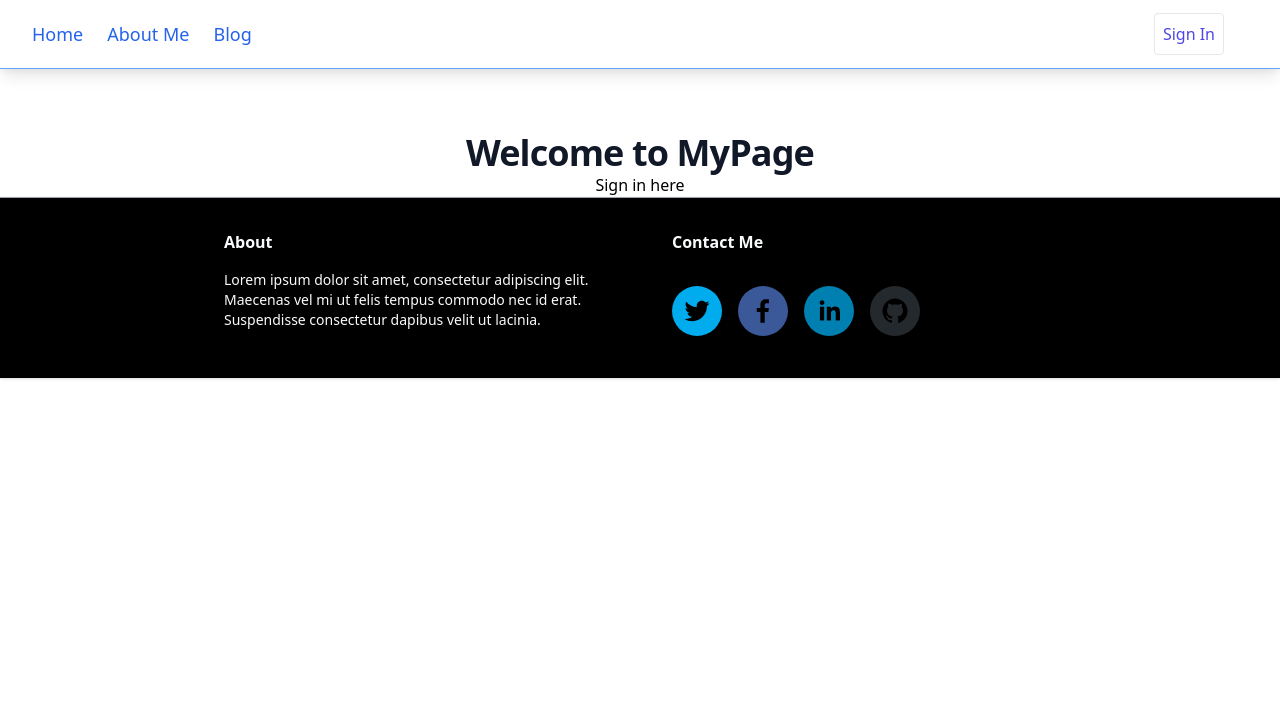
Repository: rushilramesh/portfolio-page
Page: /
An editor plug-in stored every save of this project. The page is shown before and after the next save, followed by the edit.
The browser window is 1280 px wide. The pictures show the whole page.
The project was rebuilt for these pictures with package versions that can differ from the ones it lists, and the page was loaded fresh each time. The framework's server and built-in components were replaced by stand-ins that run in the browser. Also part of the build but not shown: next.config.js.

Above is the page before, as saved 2021-05-21 02:45:07.

### pages/_app.tsx
import '../styles/globals.css'


function MyApp({ Component, pageProps }) {
  let loggedIn: boolean = false;

  return (

    <Component {...pageProps} />

  )

}

export default MyApp

### pages/index.tsx
import Head from 'next/head'
import Image from 'next/image'
import Link from 'next/link'
import Layout from '../components/Layout'
import utilStyles from '../styles/utils.module.css'

export default function Home() {
  return (
    <Layout>
      <Head>
        <title>Personal Portfolio</title>
      </Head>
      <div className="container mx-auto mt-16 text-center bg-white border-gray-100" >

        <h1 className="text-4xl tracking-tight font-extrabold text-gray-900">Welcome to MyPage</h1>
        <Link href='/login'>
          <a className="mt-4">Sign in here</a>
        </Link>
      </div>
    </Layout>

  )
}

### components/Layout.tsx
import Nav from './Nav'
import Footer from './Footer'
import utilStyles from '../styles/utils.module.css'
import Link from 'next/link'
import { SocialIcon } from 'react-social-icons';

const Layout = ({children, loggedIn} : {children: React.ReactNode, loggedIn?: boolean}) => {
    return (
        <div className="flex flex-col width-screen h-screen">
        <Nav />
        <div className="container mx-auto text-center">
            <main>{children}</main>
        </div>
        <footer className="bg-black border-t border-gray-400 shadow mb-16 text-gray-50 h-100" >
            <div className="container max-w-4xl mx-auto flex py-8 space-y-4ß">
                <div className="flex w-full md:w-1/2 ">
                    <div className="px-8">
                        <h3 className="font-bold text-gray-50">About</h3>
                        <p className="py-4 text-gray-50 text-sm">
                            Lorem ipsum dolor sit amet, consectetur adipiscing elit. Maecenas vel mi ut felis tempus commodo nec id erat. Suspendisse consectetur dapibus velit ut lacinia.
                        </p>
                    </div>
				</div>

                <div className="flex w-full md:w-1/2 ">
					<div className="px-8">
						<h3 className="font-bold text-gray-50">Contact Me</h3>
						<div className="container justify-center inline-flex mt-8 space-x-4">
                            <a href='https://twitter.com/?lang=en'><SocialIcon network="twitter" /></a>
                            <a href='https://www.facebook.com/'><SocialIcon network="facebook" /></a>
                            <a href='https://www.linkedin.com/in/rushil-ramesh-2a8404209/'><SocialIcon network="linkedin" /></a>
                            <a href='https://github.com/rushilramesh'><SocialIcon network="github" /></a>
                        </div>
					</div>
				</div>
            </div>
        </footer>
        </div>
    )
}

export default Layout;

### components/Nav.tsx
/* This example requires Tailwind CSS v2.0+ */
import Link from 'next/link'

const navs = [
   {name: 'Home', href: '/'},
   {name: 'About Me', href: './about'},
   {name: 'Blog', href: './blog'}
]


export default function Nav({loggedIn} : {loggedIn?: boolean}) {

  return (
    <nav id="header" className="w-full z-30 top-10 py-1 bg-white shadow-lg border-b border-blue-400 mt-15">
      <div className="w-full flex items-center justify-between mt-0 px-6 py-2">
       <label  className="cursor-pointer md:hidden block">
          <svg className="fill-current text-blue-600" xmlns="http://www.w3.org/2000/svg" width="20" height="20" viewBox="0 0 20 20">
             <title>menu</title>
             <path d="M0 3h20v2H0V3zm0 6h20v2H0V9zm0 6h20v2H0v-2z"></path>
          </svg>
       </label>
       <input className="hidden" type="checkbox" id="menu-toggle"/>

       <div className="hidden md:flex md:items-center md:w-auto w-full order-3 md:order-1" id="menu">
          <nav>
             <ul className="md:flex items-center justify-between text-base text-blue-600 pt-4 md:pt-0">
                {navs.map((item) => (
                <li key={item.name} >
                  <Link href={item.href}>
                     <a className="inline-block no-underline hover:text-black font-medium text-lg py-2 px-4 lg:-ml-2" >{item.name}</a>
                  </Link>
                </li>))}
             </ul>
          </nav>
       </div>

       <div className="order-2 md:order-3 flex flex-wrap items-center justify-end mr-0 md:mr-4" id="nav-content">
          <div className="auth flex items-center w-full md:w-full">
             <button className="bg-white text-indigo-600  p-2 rounded border mr-4 hover:bg-gray-100 hover:text-indigo-700">
               { !loggedIn ? (
                  <Link href="./login">
                     <a>Sign In</a>
                  </Link>) : (
                     <Link href="/">
                        <a>Sign Out</a>
                     </Link>
                  )
               }
             </button>
          </div>
       </div>
      </div>
    </nav>
  )
}

### tailwind.config.js
module.exports = {

  purge: ['./pages/**/*.{js,ts,jsx,tsx}', './components/**/*.{js,ts,jsx,tsx}'],
  darkMode: false, // or 'media' or 'class'
  theme: {
    extend: {
      backgroundImage: theme => ({
        'main-background': "url('/images/background-photo.jpeg')",
      })
    },
  },
  variants: {
    extend: {
      justifyItems: ['hover', 'focus'],
    },
  },
  plugins: [],
}

Loaded but not shown: styles/globals.css (common file)

After the next save:
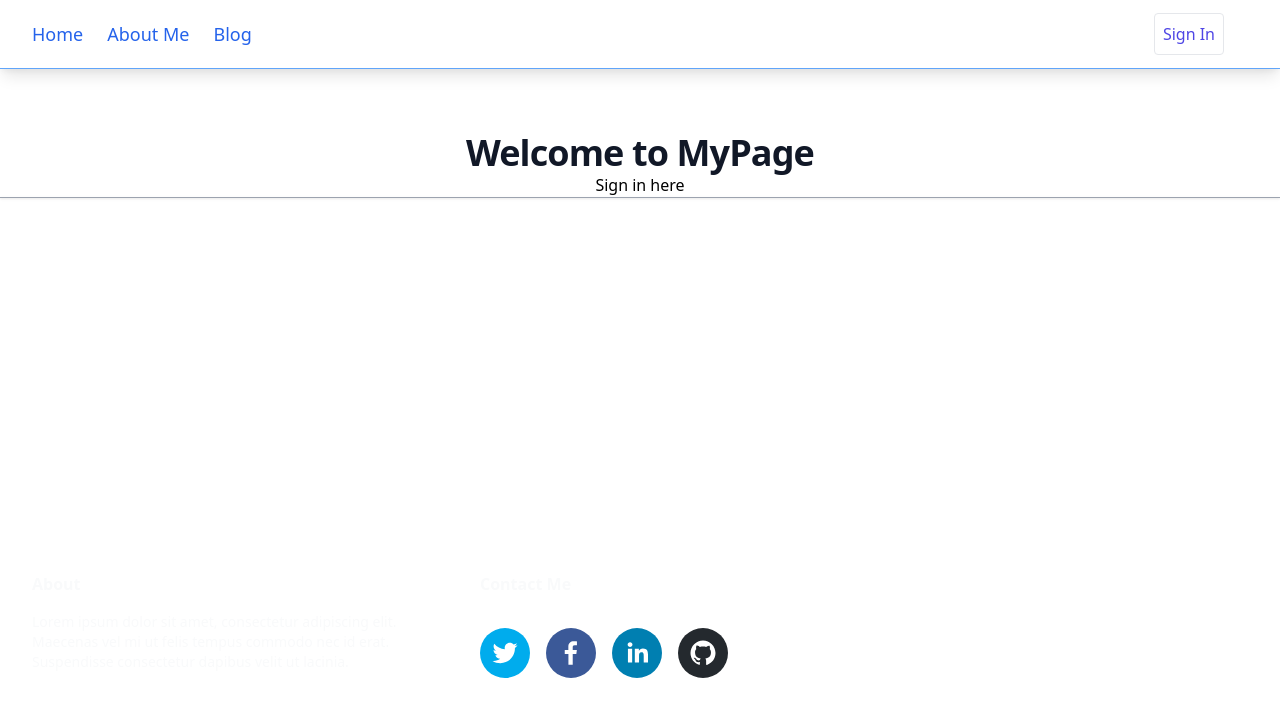
Saved 2 min 23 s later.
--- a/components/Layout.tsx
+++ b/components/Layout.tsx
@@ -12,7 +12,7 @@ const Layout = ({children, loggedIn} : {children: React.ReactNode, loggedIn?: bo
             <main>{children}</main>
         </div>
         <footer className="bg-black border-t border-gray-400 shadow mb-16 text-gray-50 h-100" >
-            <div className="container max-w-4xl mx-auto flex py-8 space-y-4ß">
+            <div style={{ position: "absolute", bottom: 0, width:"100%" }} className="container max-w-4xl mx-auto flex py-8 space-y-4ß">
                 <div className="flex w-full md:w-1/2 ">
                     <div className="px-8">
                         <h3 className="font-bold text-gray-50">About</h3>
